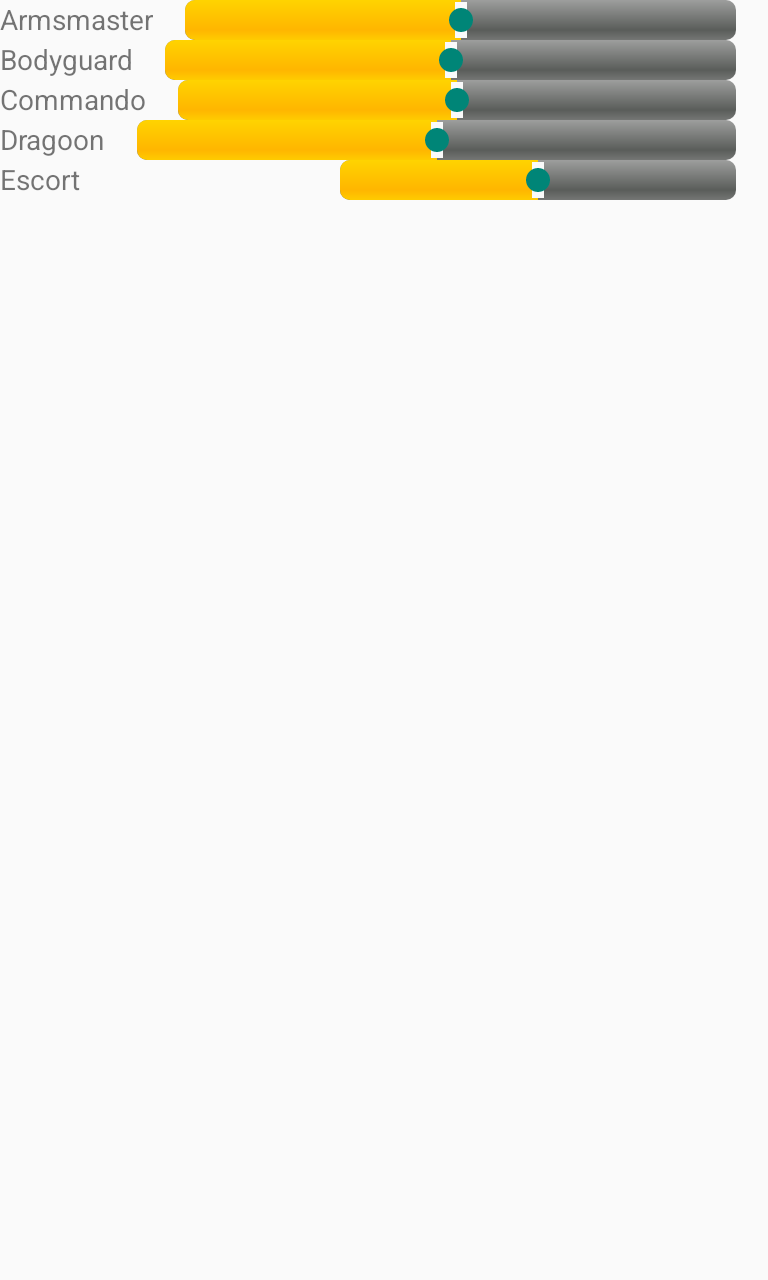
Repository: bryanpope/TARR
Layout: workspace/helloworld/res/layout/activity_hello_world.xml
These files come from the project's save history. The layout is drawn as it stood at one moment and after the next save; the edit follows.
It is drawn on a 768 x 1280 px phone screen (xhdpi) without system bars, with theme AppTheme; the app's code is not run.

Above is the layout before, as saved 2014-06-01 20:23:21.

After the next save:
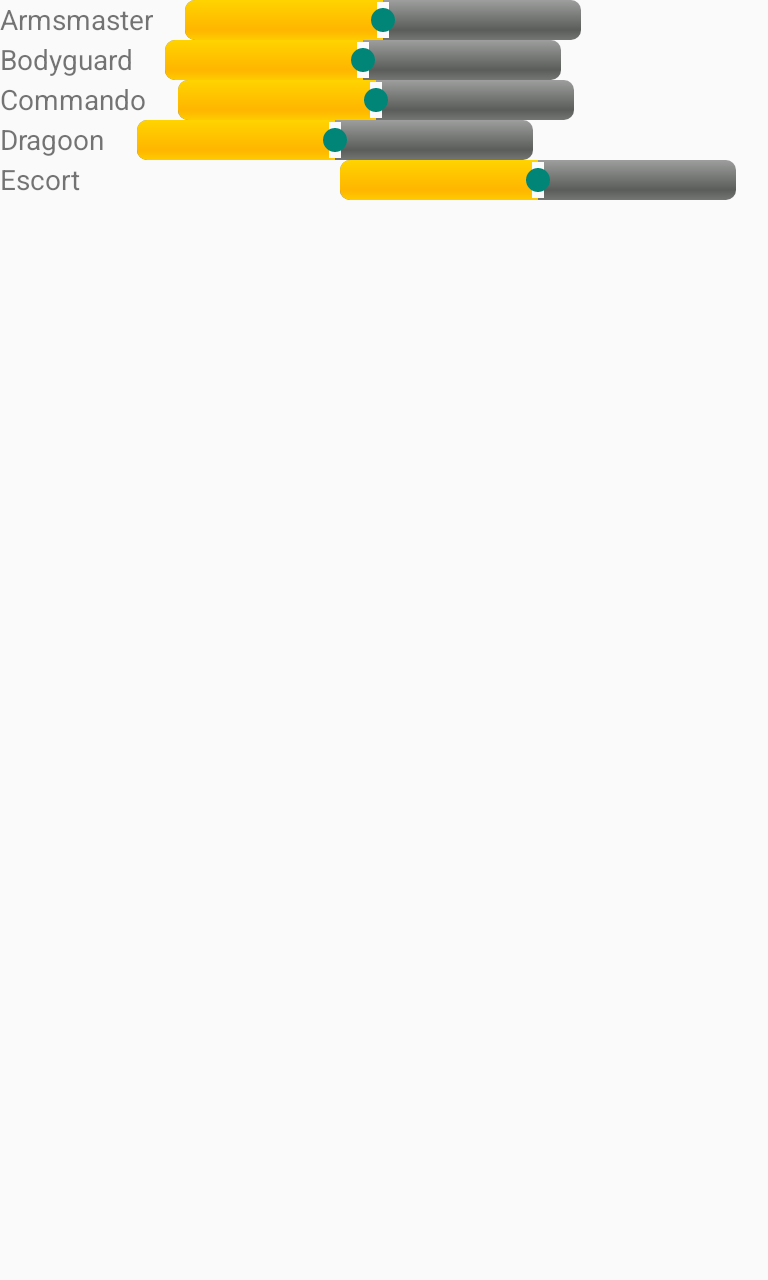
Saved 44 s later.
--- a/workspace/helloworld/res/layout/activity_hello_world.xml
+++ b/workspace/helloworld/res/layout/activity_hello_world.xml
@@ -15,7 +15,7 @@
 	    <SeekBar
 	        android:id="@+id/seekBarAttackArmsmaster"
 	        style="@android:style/Widget.ProgressBar.Horizontal"
-	        android:layout_width="match_parent"
+	        android:layout_width="230dp"
 	        android:layout_height="wrap_content"
 	        android:max="50"
 	        android:progress="25"
@@ -33,7 +33,7 @@
 	    <SeekBar
 	        android:id="@+id/seekBarAttackBodyguard"
 	        style="@android:style/Widget.ProgressBar.Horizontal"
-	        android:layout_width="match_parent"
+	        android:layout_width="230dp"
 	        android:layout_height="wrap_content"
 	        android:max="50"
 	        android:progress="25"
@@ -51,7 +51,7 @@
 	    <SeekBar
 	        android:id="@+id/seekBarAttackCommando"
 	        style="@android:style/Widget.ProgressBar.Horizontal"
-	        android:layout_width="match_parent"
+	        android:layout_width="230dp"
 	        android:layout_height="wrap_content"
 	        android:max="50"
 	        android:progress="25"
@@ -69,7 +69,7 @@
 	    <SeekBar
 	        android:id="@+id/seekBarAttackDragoon"
 	        style="@android:style/Widget.ProgressBar.Horizontal"
-	        android:layout_width="match_parent"
+	        android:layout_width="230dp"
 	        android:layout_height="wrap_content"
 	        android:max="50"
 	        android:progress="25"
